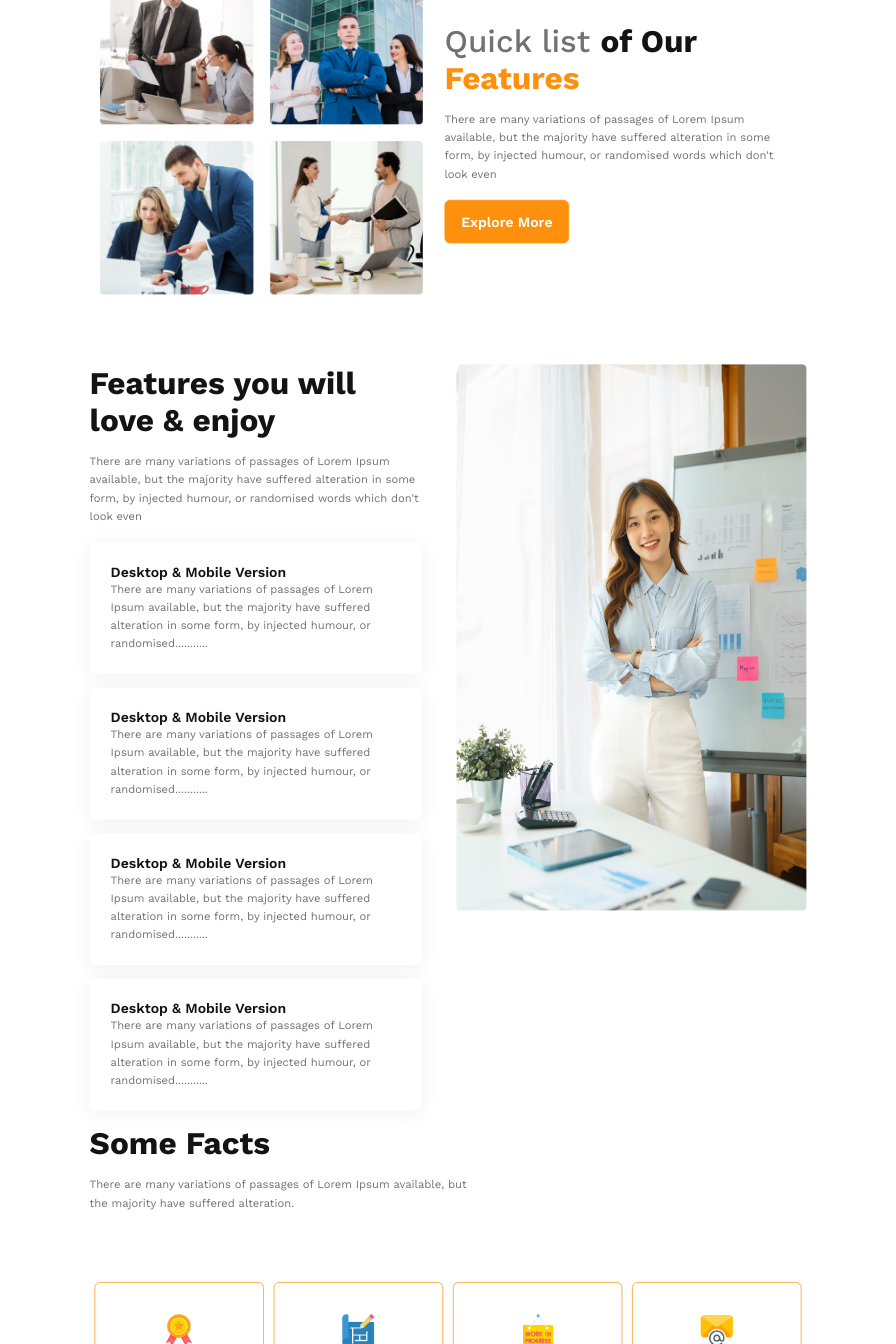
Repository: ShouravAhammed/G3-architects-webpage
Page: index.html
An editor plug-in stored every save of this project. The page is shown before and after the next save, followed by the edit.
The browser window is 1280 px wide. The pictures show the part of the page from y = 1222 to 3142 px (the page is 3936 px tall), at 70% of full size.

Above is the page before, as saved 2024-01-13 17:40:50.

After the next save:
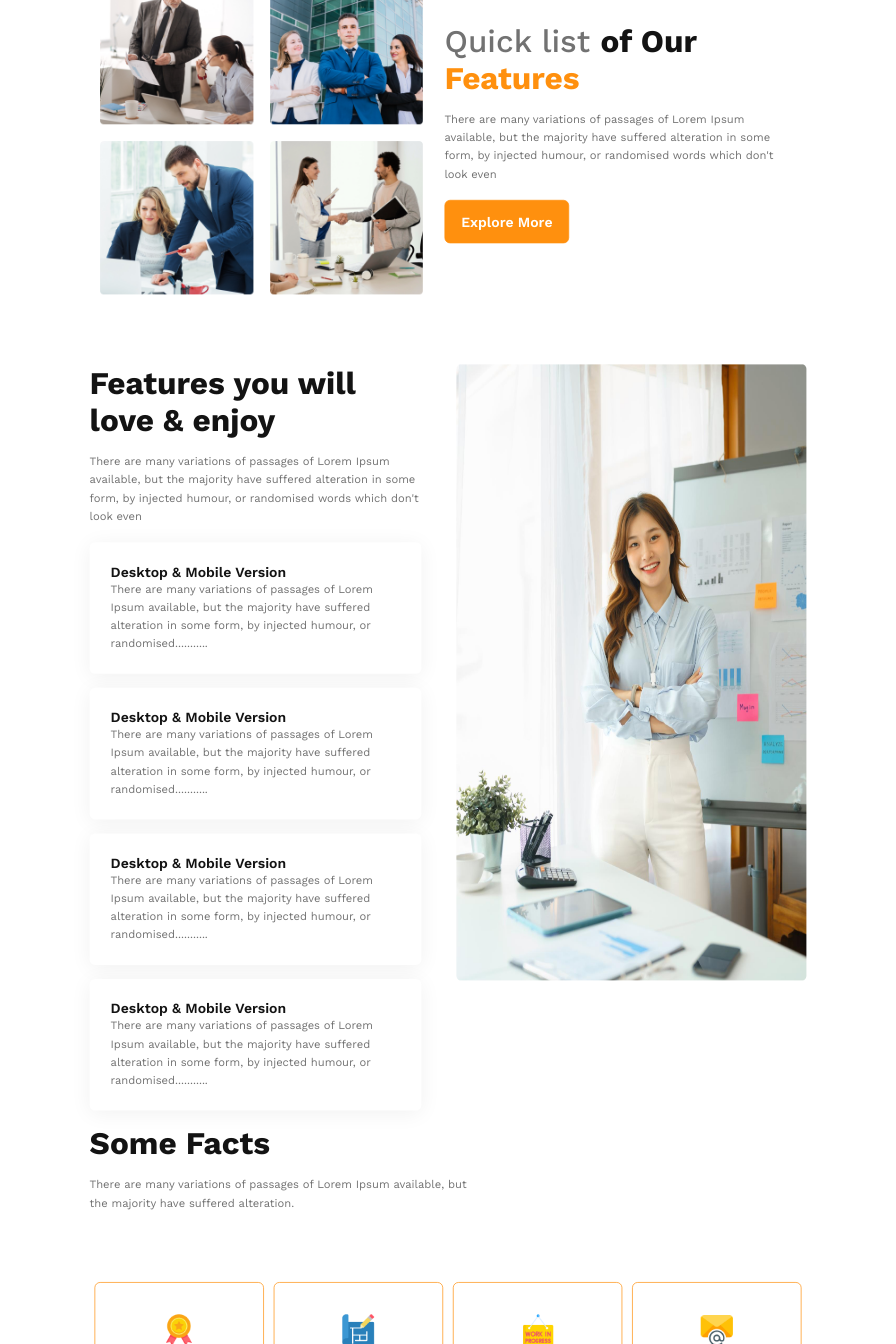
Saved 56 s later.
--- a/styles/style.css
+++ b/styles/style.css
@@ -159,7 +159,7 @@
 }
 .feature-img img {
     width: 500px;
-    height: 780px;
+    height: 880px;
 }
 /* some-facts section css style */
 .some-facts-container{
